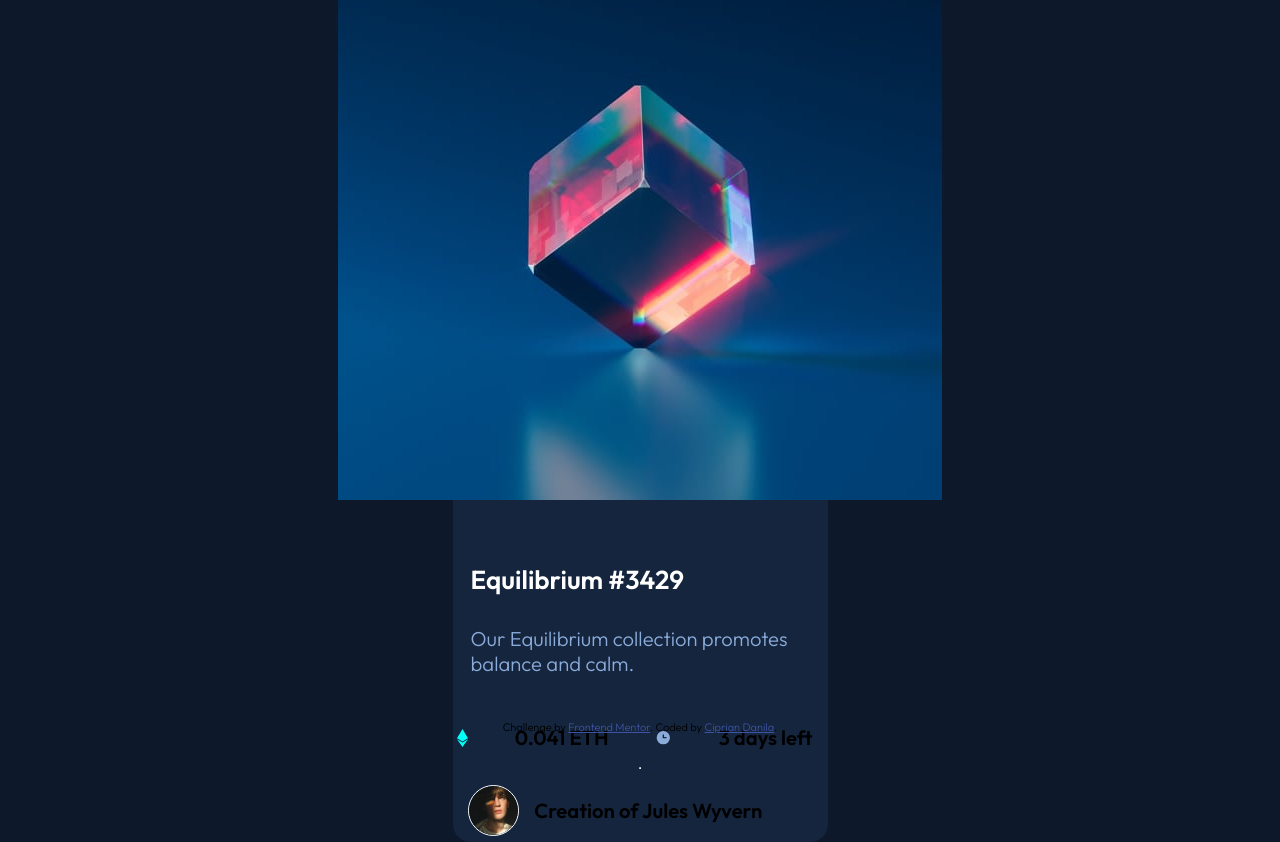
Repository: cipdanila/NFT-preview-card-component
Page: index.html
These files come from the project's save history. The page is drawn as it stood at one moment and after the next save; the edit follows.
The browser window is 1280 px wide. The pictures show the whole page.

Above is the page before, as saved 2024-01-28 20:02:07.

### index.html
<!DOCTYPE html>
<html lang="en">
    <head>
        <meta charset="UTF-8" />
        <meta name="viewport" content="width=device-width, initial-scale=1.0" />
        <!-- displays site properly based on user's device -->

        <link rel="icon" type="image/png" sizes="32x32" href="./images/favicon-32x32.png" />
        <link rel="stylesheet" href="style.css" />
        <title>Frontend Mentor | NFT preview card component</title>
    </head>
    <body>
        <main>
            <div class="card">
                <div class="image-card">
                    <img src="/images/image-equilibrium.jpg" alt="cube-equilibrium" />
                </div>
                <div class="text-card">
                    <div class="info">
                        <h1>Equilibrium #3429</h1>
                        <p>Our Equilibrium collection promotes balance and calm.</p>
                    </div>
                    <div class="time">
                        <img src="/images/icon-ethereum.svg" alt="ethereum" />
                        <p class="ethereum">0.041 ETH</p>
                        <img src="/images/icon-clock.svg" alt="clock" />
                        <p class="clock">3 days left</p>
                    </div>
                </div>
                <hr />
                <div class="owner">
                    <img src="/images/image-avatar.png" alt="avatar" />
                    <p>Creation of <span>Jules Wyvern</span></p>
                </div>
            </div>
        </main>

        <footer>
            <div class="attribution">
                Challenge by
                <a
                    href="https://www.frontendmentor.io/challenges/nft-preview-card-component-SbdUL_w0U"
                    target="_blank"
                    rel="noopener noreferer"
                    >Frontend Mentor</a
                >. Coded by <a href="https://github.com/cipdanila" target="_blank" rel="noopener noreferer">Ciprian Danila</a>.
            </div>
        </footer>
    </body>
</html>

### style.css
@import url("https://fonts.googleapis.com/css2?family=Outfit:wght@300;400;600&display=swap");

:root {
    /* Colors */
    /* Primary */
    --soft-blue: hsl(215, 51%, 70%); /* paragraph */
    --cyan: hsl(178, 100%, 50%); /* active states */
    /* Neutrals */
    --very-dark-blue-main: hsl(217, 54%, 11%); /* main background */
    --very-dark-blue-card: hsl(216, 50%, 16%); /* card background */
    --very-dark-blue-line: hsl(215, 32%, 27%); /* hr line */
    --white: hsl(0, 0%, 100%); /* title */
}

*, *::after, *::before {
    box-sizing: border-box;
}

body, html {
    margin: 0;
    padding: 0;
    height: 100%;
    font-family: "Outfit", sans-serif;
    font-size: 1.125rem;
    font-weight: 300;
    background-color: var(--very-dark-blue-main);
}

main {
    display: flex;
    justify-content: center;
    align-items: center;
    height: 100%;
}

.card {
    max-width: 375px;
    border-radius: 1rem;
    box-shadow: 0.5rem 0.5rem rgb(rgb(12, 23, 41));
    display: flex;
    flex-direction: column;
    justify-content: center;
    align-items: center;
    background-color: var(--very-dark-blue-card);
}

.image-card {
    text-align: center;
    padding: 1rem;
}

.container img {
    width: 100%;
    padding: 1px 10px;
    border-radius: 1rem;
    display: flex;
    flex-direction: column;
    justify-content: center;
    align-items: center;
}

.details {
    display: flex;
    flex-direction: column;
    align-self: start;
}

.info {
    width: fit-content;
    margin: 1rem;
    padding: 5px 0;
    font-weight: 800;
}

.info h1 {
    color: var(--white);
    font-weight: 600;
    padding-bottom: 10px;
    margin-bottom: 10px;
    font-size: 26px;
}

.info p {
    color: var(--soft-blue);
    font-weight: 300;
}

.time {
    width: 100%;
    display: flex;
    align-items: center;
    gap: 1.5rem;
    margin: auto;
}

.time img {
    display: flex;
    flex-direction: column;
    align-items: flex-start;
    margin: 0 auto;
    padding: 0;
    width: fit-content;
}

.time p {
    display: inline-block;
    margin: 5px;
    padding: 1px 10px;
    font-weight: 800;
}

.owner {
    width: auto;
    display: flex;
    align-items: center;
    margin: 5px;
    padding: 1px 10px;
}

.owner img {
    width: 15%;
    border: 1px solid var(--white);
    border-radius: 50%;
}

.owner p {
    display: inline-block;
    margin: 5px;
    padding: 1px 10px;
    font-weight: 800;
}

.attribution {
    font-size: 11px;
    text-align: center;
}
.attribution a {
    color: hsl(228, 45%, 44%);
}

After the next save:
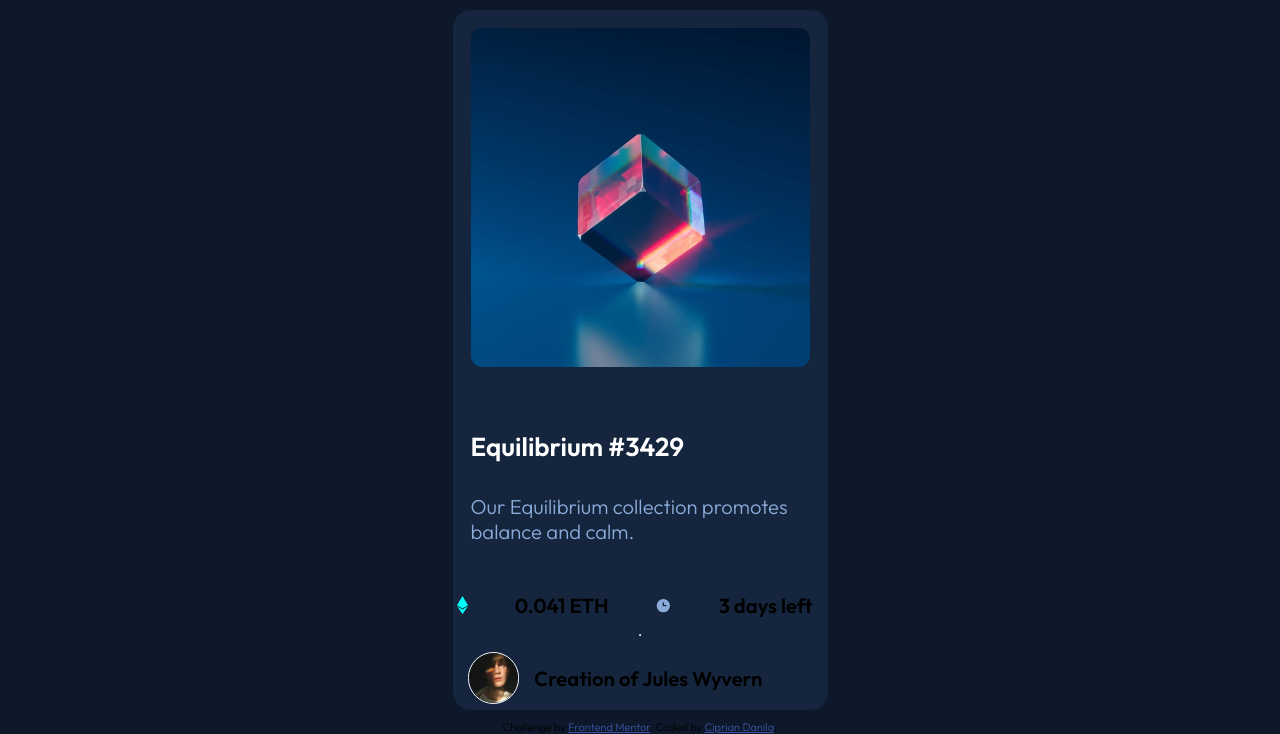
Saved 32 s later.
--- a/style.css
+++ b/style.css
@@ -49,14 +49,10 @@
     padding: 1rem;
 }
 
-.container img {
-    width: 100%;
-    padding: 1px 10px;
-    border-radius: 1rem;
-    display: flex;
-    flex-direction: column;
-    justify-content: center;
-    align-items: center;
+.image-card img {
+    max-width: 100%;
+    height: auto;
+    border-radius: 0.625rem;
 }
 
 .details {
